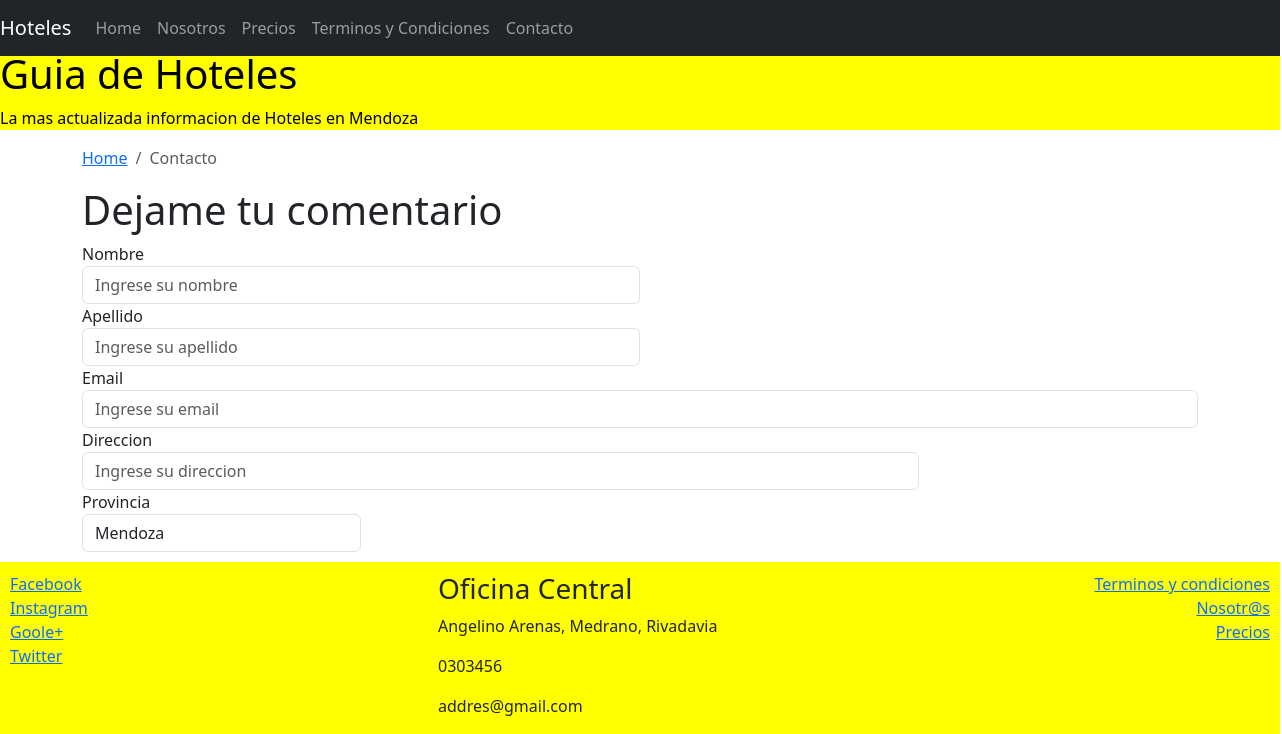
Repository: JulianMoralesSantoni/PaginaHoteles
Page: contacto.html
An editor plug-in stored every save of this project. The page is shown before and after the next save, followed by the edit.
The browser window is 1280 px wide. The page is 1282 px wide, so the pictures cover 1282 px, including what lies to the right of the window. The pictures show the whole page.
Some web libraries are served in a nearby version.

Above is the page before, as saved 2021-03-28 21:46:50.

### contacto.html
<!doctype html>
<html lang="en">
  <head>
    <!-- Required meta tags -->
    <meta charset="utf-8">
    <meta name="viewport" content="width=device-width, initial-scale=1, shrink-to-fit=no">

    <!-- Bootstrap CSS -->
    <link rel="stylesheet" href="node_modules/bootstrap/dist/css/bootstrap.min.css" >
    <link rel="stylesheet" href="css/main.css" >

    <title>Guia de Hoteles</title>
  </head>
  <body>
    <nav class="navbar navbar-expand-md navbar-dark bg-dark fixed-top" >
      <a class="navbar-brand" href="#">Hoteles</a>
      <button class="navbar-toggler" type="button" data-toggle="collapse" data-target="#navbarNav" aria-controls="navbarNav" aria-expanded="false" aria-label="Toggle navigation">
        <span class="navbar-toggler-icon"></span>
      </button>
      <div class="collapse navbar-collapse" id="navbarNav">
        <ul class="navbar-nav">
          <li class="nav-item">
            <a class="nav-link" href="./index.html">Home </a>
          </li>
          <li class="nav-item">
            <a class="nav-link" href="./about.html">Nosotros</a>
          </li>
          <li class="nav-item">
            <a class="nav-link" href="#">Precios</a>
          </li>
          <li class="nav-item">
            <a class="nav-link" href="#">Terminos y Condiciones</a>
          </li>
          <li class="nav-item active">
            <a class="nav-link" href="./contacto.html">Contacto</a>
          </li>

        </ul>
      </div>
    </nav>
    <div class="jumbotron">
      <h1>Guia de Hoteles</h1>

      <p>La mas actualizada informacion de Hoteles en Mendoza</p>
    </div>

    <div class="container">
      <nav aria-label="breadcrumb">
        <ol class="breadcrumb">
          <li class="breadcrumb-item"><a href="./index.html">Home</a></li>
          <li class="breadcrumb-item active" aria-current="page">Contacto</li>
        </ol>
      </nav>
      <h1>Dejame tu comentario</h1>
      <form>
        <div class="form-row">
          <div class="form-group col-sm-6">
            <label for="nombre">Nombre</label>
            <input type="text" class="form-control" id="nombre" placeholder="Ingrese su nombre">

          </div>
          <div class="form-group col-sm-6">
            <label for="apellido">Apellido</label>
            <input type="text" class="form-control" id="apellido" placeholder="Ingrese su apellido">
          </div>
        </div>
        <div class="form-group">
          <label for="email">Email</label>
            <input type="email" class="form-control" id="email" placeholder="Ingrese su email">

        </div>
        <div class="form-row">
          <div class="form-group col-sm-9">
            <label for="direccion">Direccion</label>
            <input type="text" class="form-control" id="direccion" placeholder="Ingrese su direccion">

          </div>
          <div class="form-group col-sm-3">
            <label for="provincia">Provincia</label>
            <select id="provincia" class="form-control">

              <option selected> Mendoza</option>
              <option > San Juan</option>
              <option > San Luis</option>
              <option > Cordoba</option>
              <option > Entre Rios</option>
            </select>
          </div>


        </div>

      </form>

  </div>

 <footer>
   <div class="row">
     <div class="col-sm-4 d-flex flex-column ">
      <a href="http:www.facebook.com">Facebook</a>
      <a href="http:www.instagram">Instagram</a>
      <a href="http:www.google.com">Goole+</a>
      <a href="http:www.Twitter.com">Twitter</a>
     </div>
   <div class="col-sm-4">
    <address>
      <h3>Oficina Central</h3>
      <p>Angelino Arenas, Medrano, Rivadavia</p>
      <p>0303456</p>
      <p>addres@gmail.com</p>


    </address>
  </div>
  <div class="col-sm-4 d-flex flex-column align-items-end">
     <a href="http:www.facebook.com">Terminos y condiciones</a>
      <a href="http:www.instagram">Nosotr@s</a>
      <a href="http:www.google.com">Precios</a>



  </div>


 </footer>


    <!-- Optional JavaScript -->
    <!-- jQuery first, then Popper.js, then Bootstrap JS -->
 <!--<script src="node_modules/jquery/dist/jquery.min.js" integrity="sha384-DfXdz2htPH0lsSSs5nCTpuj/zy4C+OGpamoFVy38MVBnE+IbbVYUew+OrCXaRkfj" crossorigin="anonymous"></script>
    <script src="node_modules/popper.js/dist/popper.min.js" integrity="sha384-9/reFTGAW83EW2RDu2S0VKaIzap3H66lZH81PoYlFhbGU+6BZp6G7niu735Sk7lN" crossorigin="anonymous"></script>
    <script src="node_modules/bootstrap/dist/js/bootstrap.min.js" integrity="sha384-B4gt1jrGC7Jh4AgTPSdUtOBvfO8shuf57BaghqFfPlYxofvL8/KUEfYiJOMMV+rV" crossorigin="anonymous"></script> -->
    <script src="https://code.jquery.com/jquery-3.5.1.slim.min.js" integrity="sha384-DfXdz2htPH0lsSSs5nCTpuj/zy4C+OGpamoFVy38MVBnE+IbbVYUew+OrCXaRkfj" crossorigin="anonymous"></script>
<script src="https://cdn.jsdelivr.net/npm/bootstrap@4.5.3/dist/js/bootstrap.bundle.min.js" integrity="sha384-ho+j7jyWK8fNQe+A12Hb8AhRq26LrZ/JpcUGGOn+Y7RsweNrtN/tE3MoK7ZeZDyx" crossorigin="anonymous"></script>
  </body>
</html>

### css/main.css
.jumbotron{

	background-color: yellow;
	color:black;
	margin-top: 50px;

}


footer{
	padding: 10px 10px 0 10px;
	background-color: yellow;

	margin-bottom: : 0px;
	margin-top: 10px;

}
.card-hotel{
	flex: 1 150px;
	padding: 2px 5px 2px 5px;

}
.btn-reserva{
	width: 100%;
	position: all;


}
.footer-address-icon{

	padding-right: 20px;
}

After the next save:
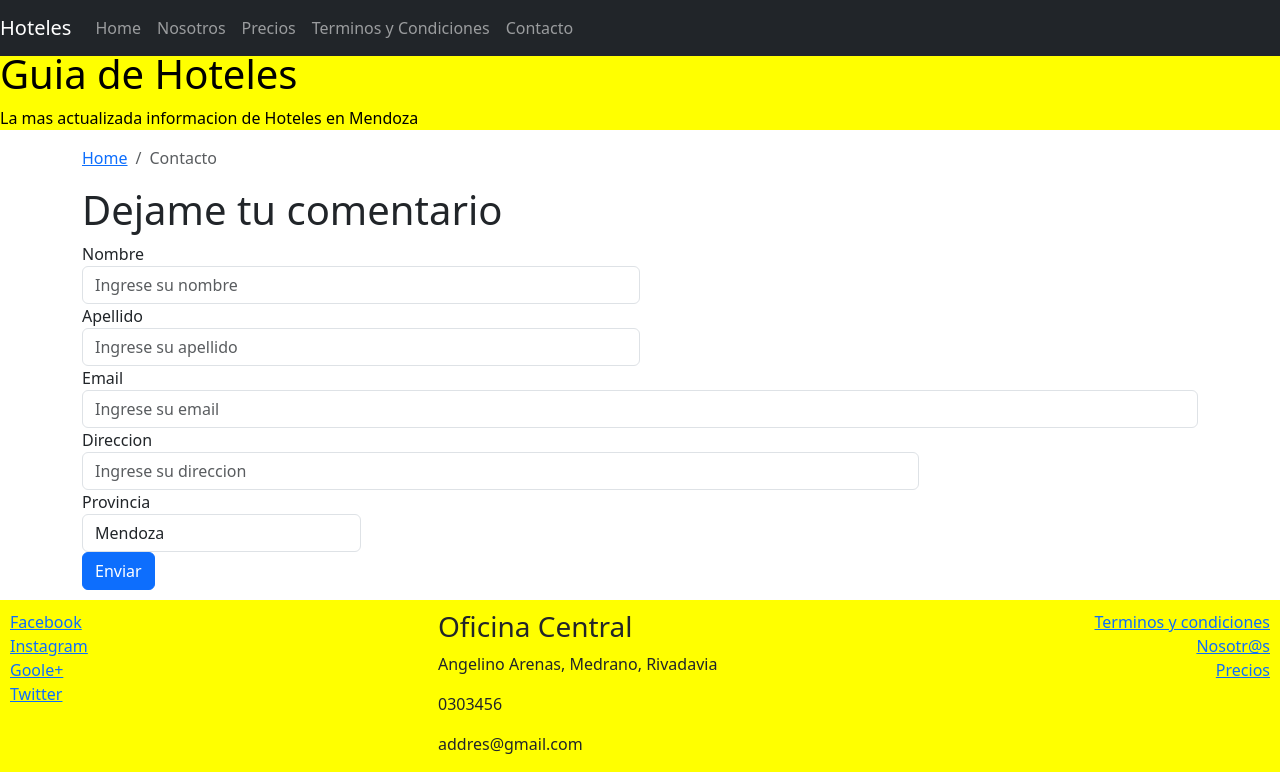
Saved 112 s later.
--- a/contacto.html
+++ b/contacto.html
@@ -89,6 +89,7 @@
 
 
         </div>
+        <button type="submit" class="btn btn-primary">Enviar</button>
 
       </form>
 
